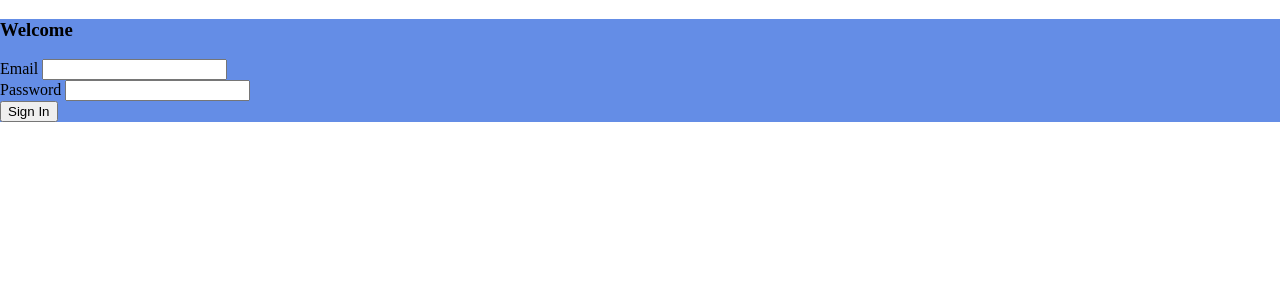
Repository: Szelbi/SimpliestLoginPage
Page: index.html
An editor plug-in stored every save of this project. The page is shown before and after the next save, followed by the edit.
The browser window is 1280 px wide. The pictures show the whole page.

Above is the page before, as saved 2021-02-04 21:52:21.

After the next save:
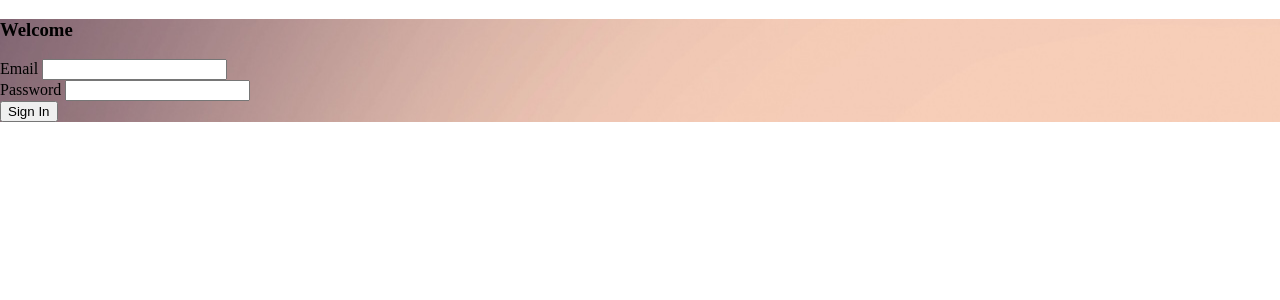
Saved 18 s later.
--- a/style.css
+++ b/style.css
@@ -2,9 +2,6 @@
     margin: 0;
 }
 
-.login-container{
-    background-color: rgb(100, 141, 230);
-}
 
 .main {
     background-image: url("flatlandscape_v_2.jpg");
